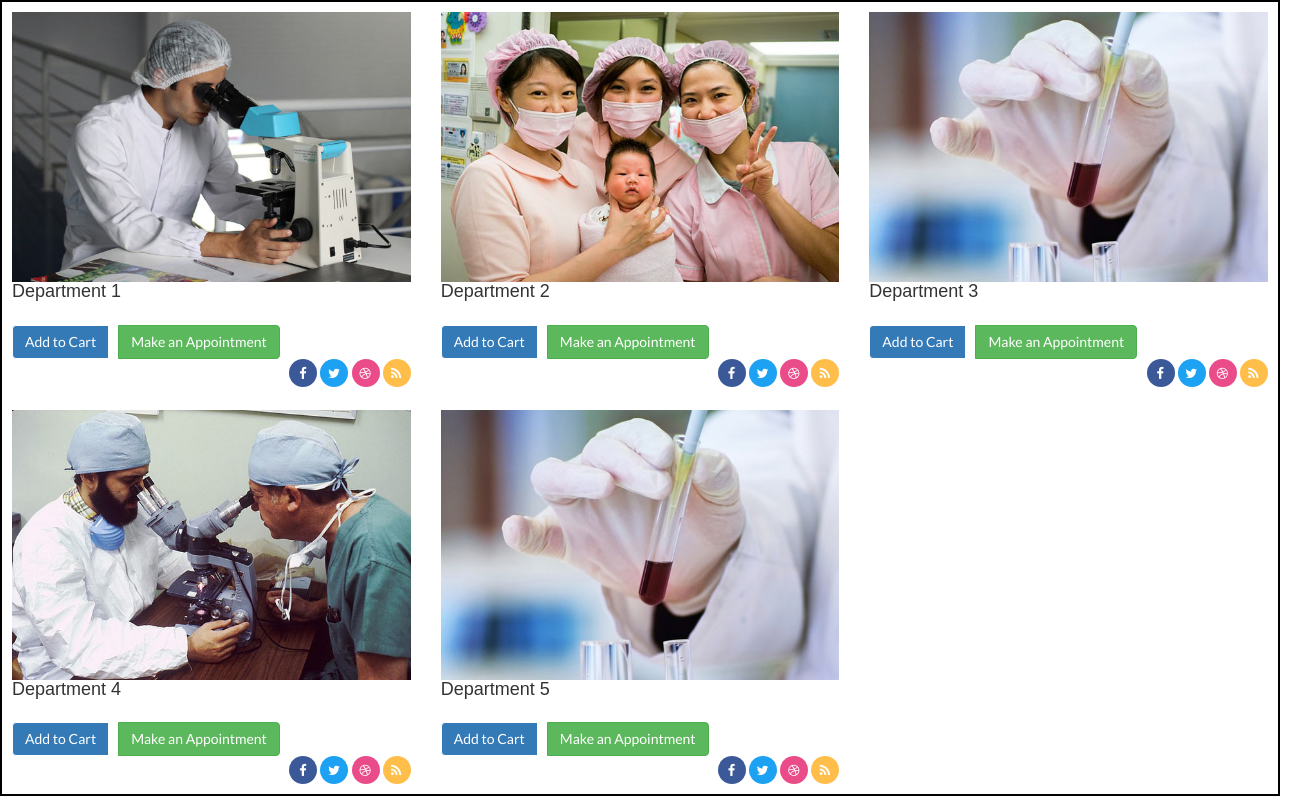
Repository: 72-faisal/work_to_do
Page: http://localhost/Khajina_Doctor/Department-home.jsp
An editor plug-in stored every save of this project. The page is shown before and after the next save, followed by the edit.
The browser window is 1280 px wide. The page is 1283 px wide, then 1295 px, so the pictures cover 1295 px, including what lies to the right of the window. The pictures show the whole page.
Some web fonts or font styles are not loaded; a fallback is used. The page is served by Tomcat 9.

Above is the page before, as saved 2023-04-15 20:11:54.

After the next save:
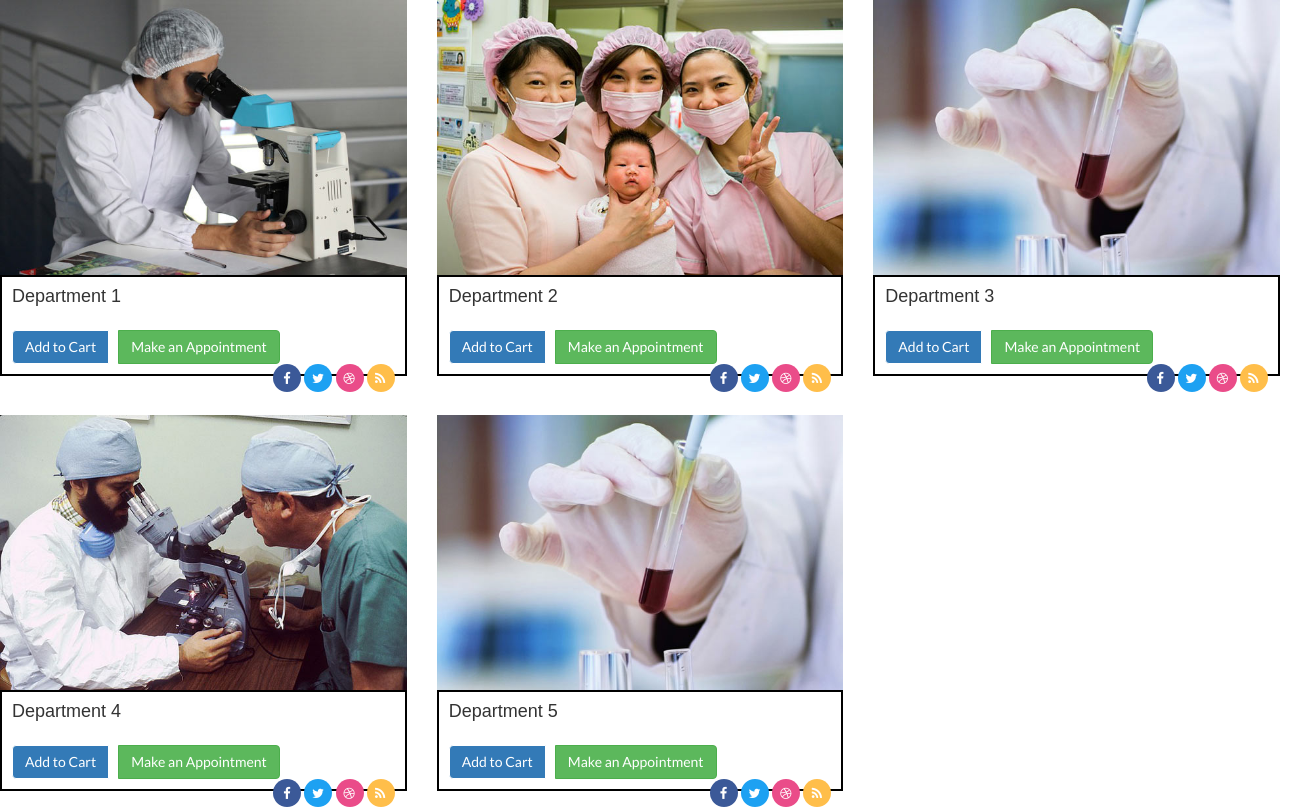
Saved 4 min 24 s later.
--- a/Khajina_Doctor/Khajina_Doctor/src/main/webapp/Department-home.jsp
+++ b/Khajina_Doctor/Khajina_Doctor/src/main/webapp/Department-home.jsp
@@ -25,7 +25,7 @@ Smartphone Compatible web template, free web designs for Nokia, Samsung, LG, Son
 <link href="//fonts.googleapis.com/css?family=Raleway:200,200i,300,300i,400,400i,500,500i,600,600i,700,700i,800" rel="stylesheet">
 <link href="//fonts.googleapis.com/css?family=Lato:300,300i,400,400i,700,900" rel="stylesheet">
 <style>
-.department-box {
+.overlay {
   border: 2px solid black; /* Set the border style to a 1px solid black line */
   padding: 10px; /* Add some padding around the box content to make it easier to read */
 }
